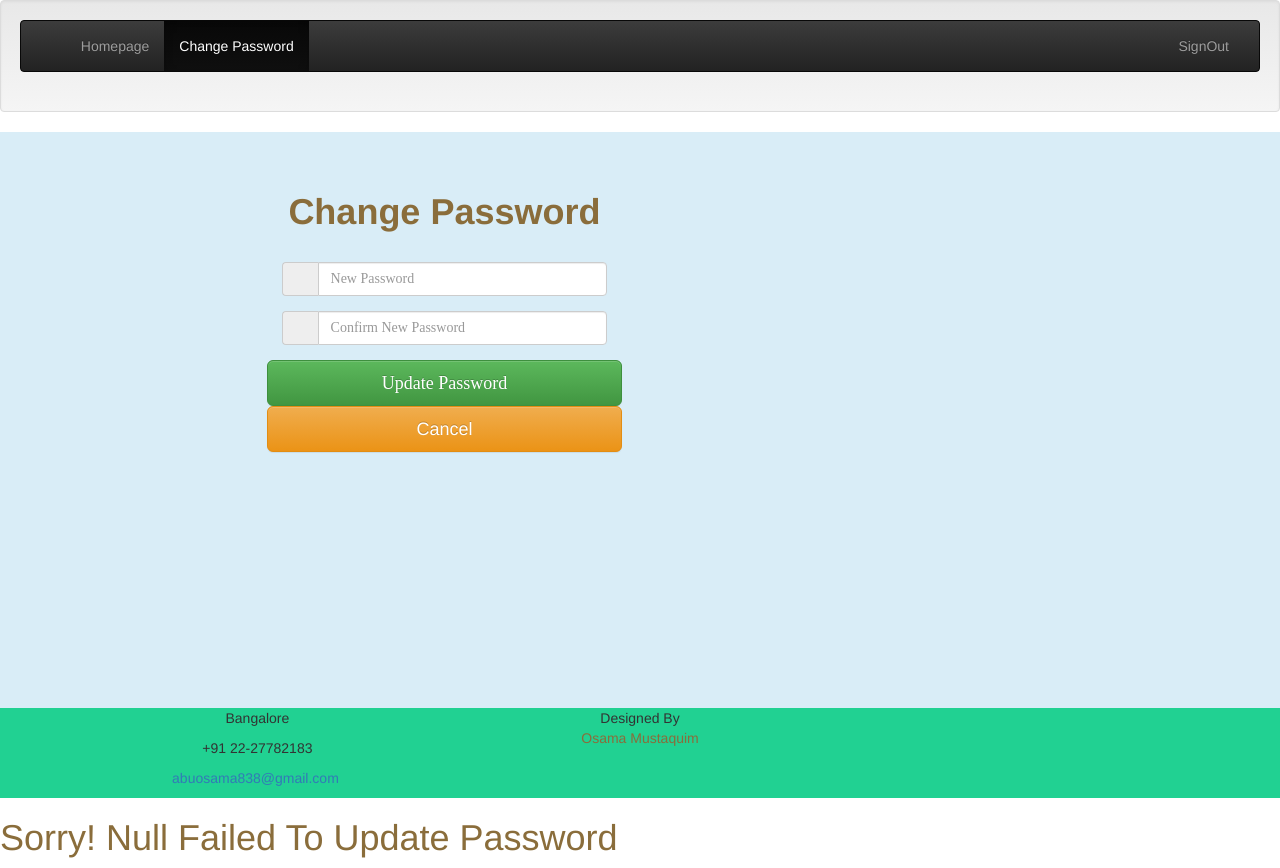
Repository: osamamustaquim/Online-Banking-Management-System
Page: http://localhost/BankApp/PwdchangeFail.jsp
The author's editor kept a copy of each file at every save. The page is drawn from the files as they stood at one save, then again after the next save.
The browser window is 1280 px wide. The pictures show the whole page.
Some web fonts or font styles are not loaded; a fallback is used. The page is served by Tomcat 9.

Above is the page before, as saved 2020-04-11 07:06:10.

After the next save:
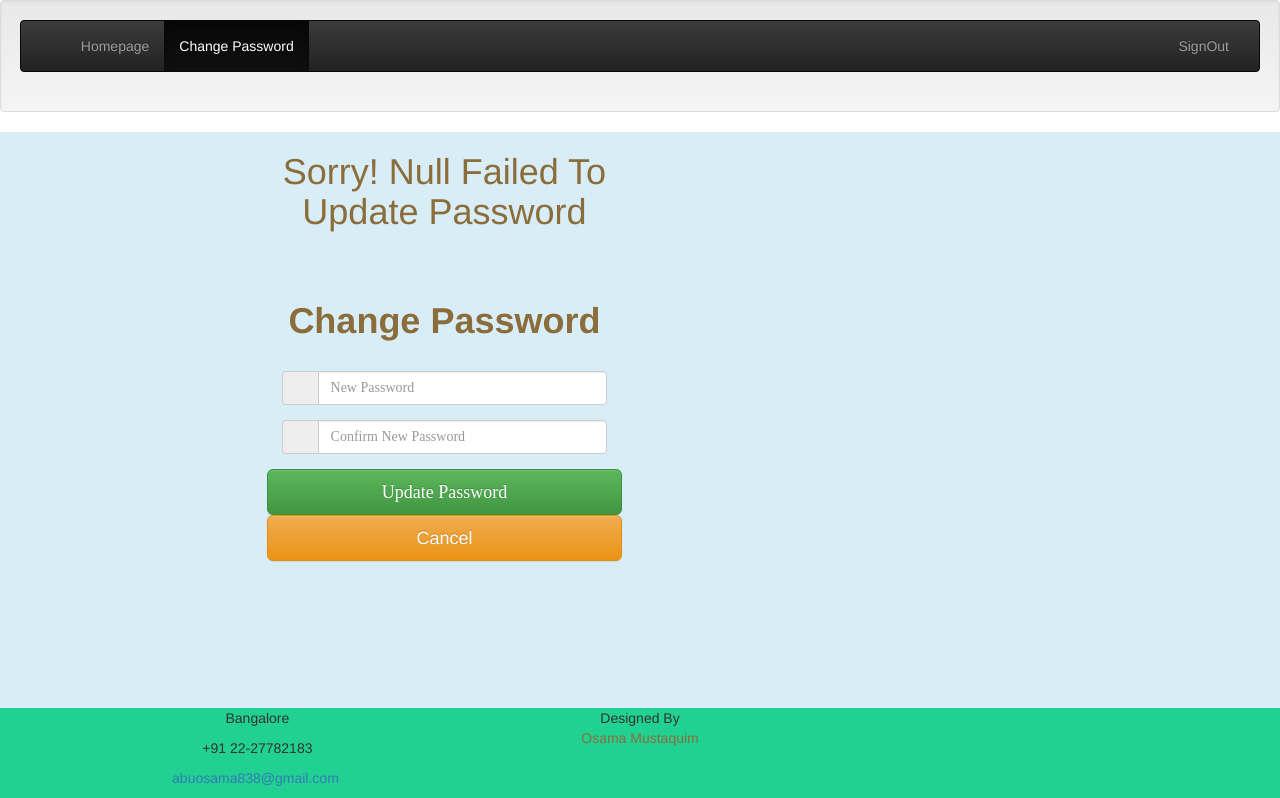
Saved 40 s later.
--- a/Online Banking Application using MVC model - Copy/BankApp/WebContent/PwdchangeFail.jsp
+++ b/Online Banking Application using MVC model - Copy/BankApp/WebContent/PwdchangeFail.jsp
@@ -55,6 +55,14 @@
 
 					<div class="row">
 						<div class="col-md-4 col-md-offset-3">
+						<h1 class="display-2 text-capitalize"><span class="text-warning">Sorry!
+
+                    <%
+     out.println(session.getAttribute("Name"));
+     %>
+
+                  Failed to update password </span><span class="text-white font-weight-bold"></span></h1>
+
 <br><br>
 							<div class="card-header  ">
 								<h1 class="card-title">
@@ -150,15 +158,3 @@
 	<!-- end of footer -->
 </body>
 </html>
-
-
-
-
-
-<h1 class="display-2 text-capitalize"><span class="text-warning">Sorry!
-
-                    <%
-     out.println(session.getAttribute("Name"));
-     %>
-
-                  Failed to update password </span><span class="text-white font-weight-bold"></span></h1>
